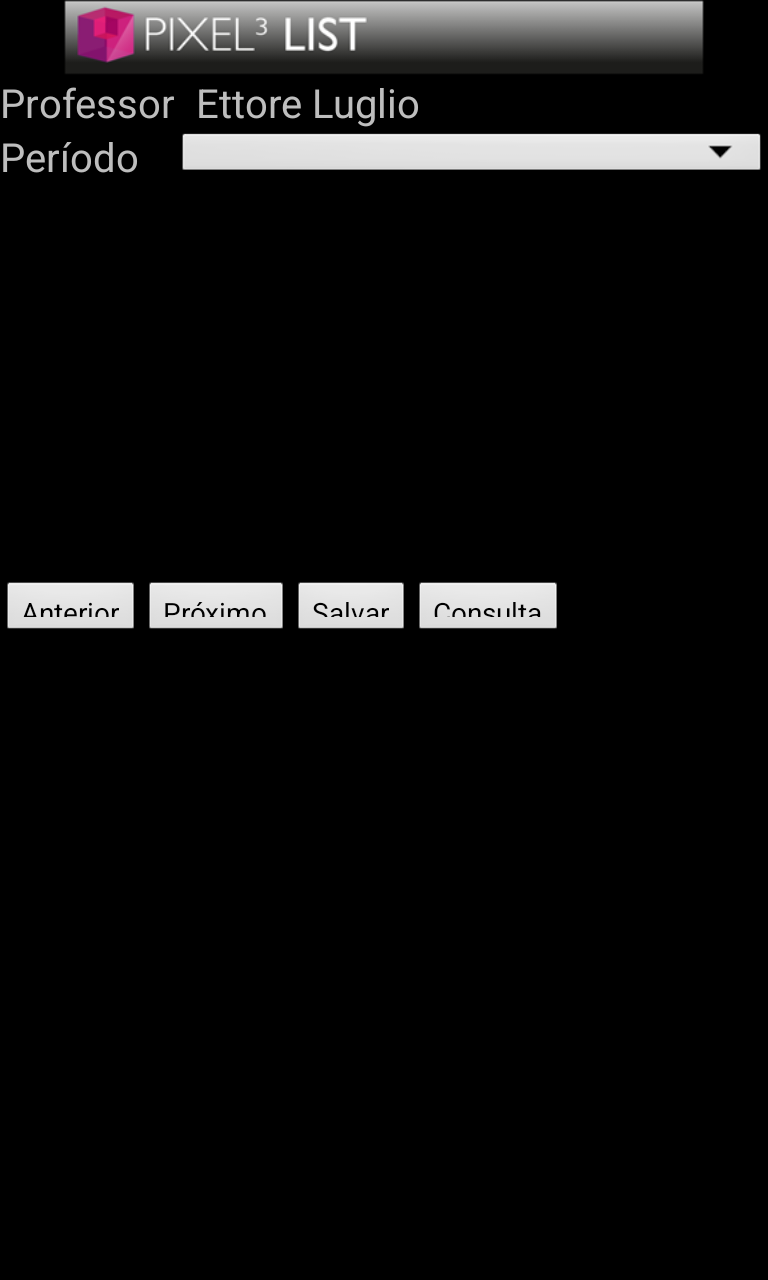
Repository: pixel3mobi/listaDigital
Layout: Pixel3List/res/layout/chamada.xml
An editor plug-in stored every save of this project. The layout is shown before and after the next save, followed by the edit.
It is drawn on a 768 x 1280 px phone screen (xhdpi) without system bars, with theme android:Theme; the app's code is not run. Lists and similar views that code fills are empty.

Above is the layout before, as saved 2011-03-22 00:15:07.

### Pixel3List/res/layout/chamada.xml
<?xml version="1.0" encoding="utf-8"?>
<RelativeLayout
	android:id="@+id/widget50"
	android:layout_width="fill_parent"
	android:layout_height="fill_parent"
	xmlns:android="http://schemas.android.com/apk/res/android">
	<ImageView
		android:id="@+id/cabecalho"
		android:src="@drawable/cabecalho"
		android:layout_width="fill_parent"
		android:layout_height="wrap_content"
		android:layout_alignParentTop="true"
		android:layout_alignParentLeft="true">
	</ImageView>
	<RelativeLayout
		android:layout_height="wrap_content"
		android:id="@+id/relativeLayout2"
		android:layout_width="wrap_content"
		android:layout_below="@+id/cabecalho"
		android:layout_alignLeft="@+id/cabecalho"
		android:layout_alignRight="@+id/cabecalho">
		<TextView
			android:id="@+id/txtProfessor"
			android:layout_height="wrap_content"
			android:text="Professor"
			android:textSize="20dip"
			android:layout_width="wrap_content"
			android:layout_alignParentTop="true">
		</TextView>
		<TextView
			android:layout_height="wrap_content"
			android:layout_toRightOf="@+id/txtProfessor"
			android:paddingLeft="10dip"
			android:textSize="20dip"
			android:text="Ettore Luglio"
			android:id="@+id/txtPeriodo"
			android:layout_width="wrap_content"
			android:layout_alignTop="@+id/txtProfessor"
			android:layout_alignBottom="@+id/txtProfessor">
		</TextView>
		<TextView
			android:layout_height="wrap_content"
			android:layout_below="@+id/txtProfessor"
			android:text="Período"
			android:textSize="20dip"
			android:id="@+id/nomeProfessor"
			android:layout_width="wrap_content"
			android:layout_alignLeft="@+id/txtProfessor"
			android:layout_alignRight="@+id/txtProfessor">
		</TextView>
		<Spinner
			android:layout_height="35dip"
			android:layout_toRightOf="@+id/nomeProfessor"
			android:paddingLeft="10dip"
			android:layout_width="fill_parent"
			android:id="@+id/periodos"
			android:layout_alignTop="@+id/nomeProfessor"
			android:layout_alignBottom="@+id/nomeProfessor">
		</Spinner>
	</RelativeLayout>
	<RelativeLayout
		android:layout_height="wrap_content"
		android:id="@+id/relativeLayout1"
		android:layout_width="wrap_content"
		android:layout_above="@+id/alunos"
		android:layout_alignLeft="@+id/alunos">
	    <Button
	    	android:id="@+id/button1"
	    	android:layout_height="30dip"
	    	android:text="Anterior"
	    	android:layout_alignParentLeft="true"
	    	android:layout_width="wrap_content">
	    </Button>
	    <Button
	    	android:id="@+id/button2"
	    	android:layout_height="wrap_content"
	    	android:layout_toRightOf="@+id/button1"
	    	android:text="Próximo"
	    	android:layout_width="wrap_content"
	    	android:layout_alignTop="@+id/button1"
	    	android:layout_alignBottom="@+id/button1">
	    </Button>
	    <Button
	    	android:id="@+id/button3"
	    	android:layout_height="wrap_content"
	    	android:layout_toRightOf="@+id/button2"
	    	android:text="Salvar"
	    	android:layout_width="wrap_content"
	    	android:layout_alignTop="@+id/button2"
	    	android:layout_alignBottom="@+id/button2">
	    </Button>
	    <Button
	    	android:id="@+id/button4"
	    	android:layout_height="wrap_content"
	    	android:layout_toRightOf="@+id/button3"
	    	android:text="Consulta"
	    	android:layout_width="wrap_content"
	    	android:layout_alignTop="@+id/button3"
	    	android:layout_alignBottom="@+id/button3">
	    </Button>
	</RelativeLayout>
	<ListView
		android:id="@+id/alunos"
		android:layout_width="fill_parent"
		android:layout_height="320dip"
		android:layout_alignParentBottom="true"
		android:layout_alignParentRight="true">
	</ListView>
</RelativeLayout>

After the next save:
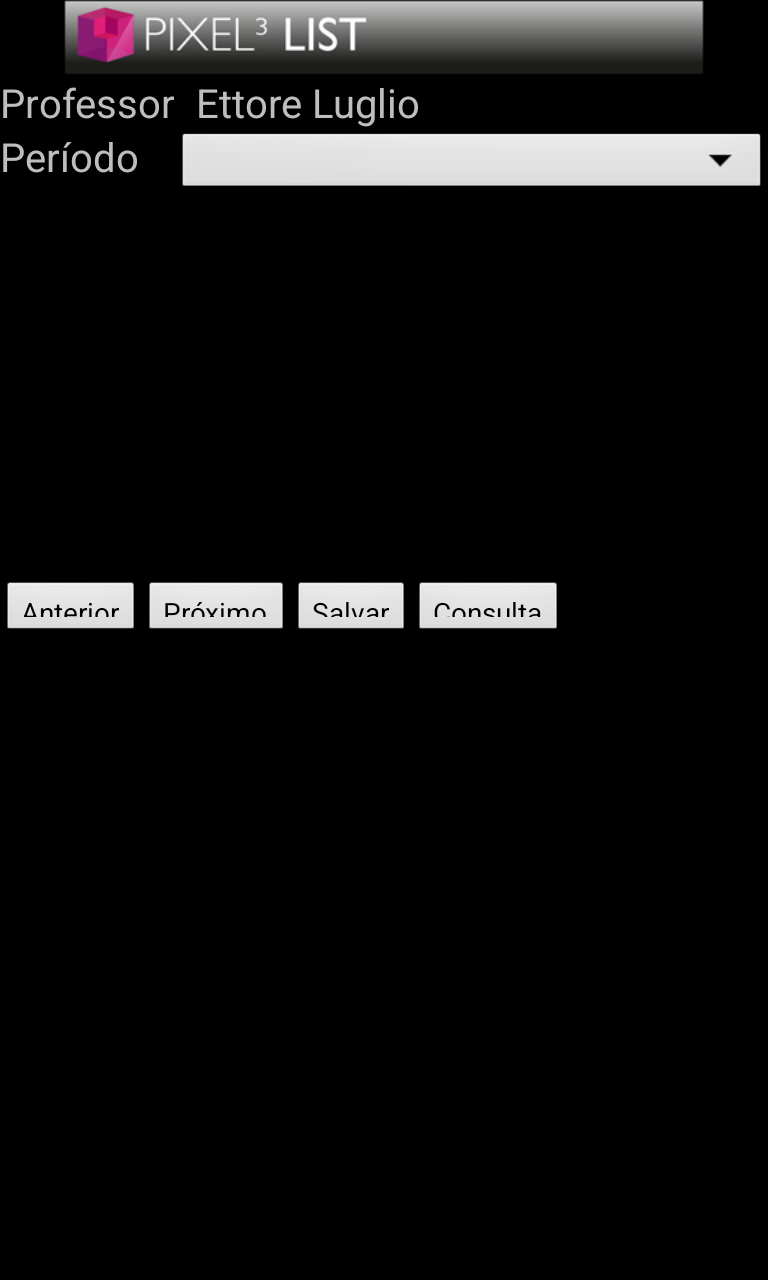
Saved 56 s later.
--- a/Pixel3List/res/layout/chamada.xml
+++ b/Pixel3List/res/layout/chamada.xml
@@ -38,6 +38,7 @@
 			android:layout_alignTop="@+id/txtProfessor"
 			android:layout_alignBottom="@+id/txtProfessor">
 		</TextView>
+		<Spinner android:paddingLeft="10dip" android:layout_width="fill_parent" android:id="@+id/periodos" android:layout_height="35dip" android:layout_below="@+id/txtPeriodo" android:layout_alignLeft="@+id/txtPeriodo"></Spinner>
 		<TextView
 			android:layout_height="wrap_content"
 			android:layout_below="@+id/txtProfessor"
@@ -48,15 +49,6 @@
 			android:layout_alignLeft="@+id/txtProfessor"
 			android:layout_alignRight="@+id/txtProfessor">
 		</TextView>
-		<Spinner
-			android:layout_height="35dip"
-			android:layout_toRightOf="@+id/nomeProfessor"
-			android:paddingLeft="10dip"
-			android:layout_width="fill_parent"
-			android:id="@+id/periodos"
-			android:layout_alignTop="@+id/nomeProfessor"
-			android:layout_alignBottom="@+id/nomeProfessor">
-		</Spinner>
 	</RelativeLayout>
 	<RelativeLayout
 		android:layout_height="wrap_content"
